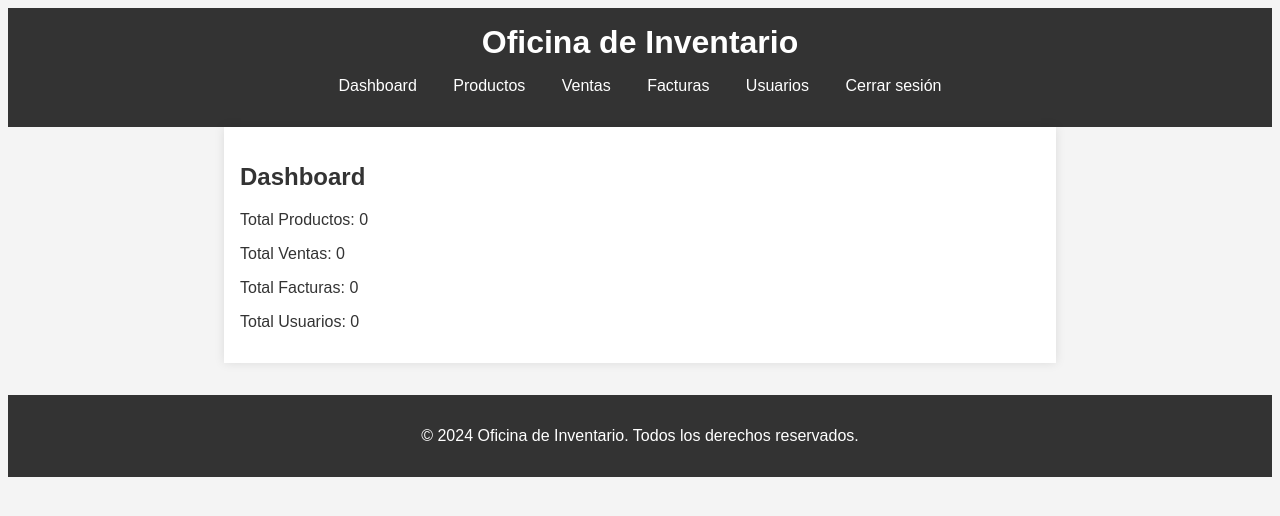
Repository: Connie75/Inventario
Page: http://localhost/views/dashboard.php
These files come from the project's save history. The page is drawn as it stood at one moment and after the next save; the edit follows.
The browser window is 1280 px wide. The pictures show the whole page.
The page is run by PHP 8.4 with error messages shown; the project is at /var/www/html/. The session is filled in as if someone had signed in: {"id": 1, "rol": "admin"}. Queries for data that is not in the repository find no rows.

Above is the page before, as saved 2024-07-26 02:33:46.

After the next save:
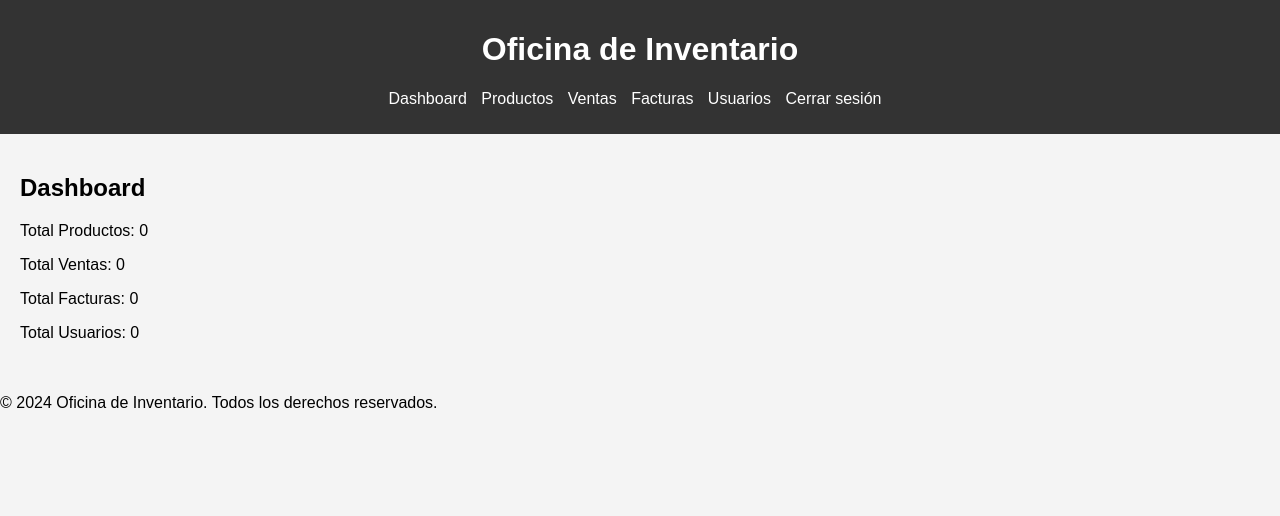
Saved 58 s later.
--- a/CSS/Styles.css
+++ b/CSS/Styles.css
@@ -1,30 +1,26 @@
-/* css/styles.css */
+/* css/style.css */
 body {
     font-family: Arial, sans-serif;
     background-color: #f4f4f4;
-    color: #333;
+    margin: 0;
+    padding: 0;
 }
 
 header {
     background-color: #333;
     color: #fff;
-    padding: 1em 0;
+    padding: 10px 0;
     text-align: center;
-}
-
-header h1 {
-    margin: 0;
 }
 
 nav ul {
     list-style: none;
     padding: 0;
-    text-align: center;
 }
 
 nav ul li {
     display: inline;
-    margin: 0 1em;
+    margin-right: 10px;
 }
 
 nav ul li a {
@@ -33,57 +29,25 @@ nav ul li a {
 }
 
 main {
-    padding: 1em;
-    max-width: 800px;
-    margin: 0 auto;
-    background-color: #fff;
-    box-shadow: 0 0 10px rgba(0,0,0,0.1);
-}
-
-footer {
-    background-color: #333;
-    color: #fff;
-    text-align: center;
-    padding: 1em 0;
-    margin-top: 2em;
+    padding: 20px;
 }
 
 table {
     width: 100%;
     border-collapse: collapse;
-    margin-top: 1em;
+    margin-top: 20px;
 }
 
 table, th, td {
-    border: 1px solid #ccc;
-    padding: 0.5em;
+    border: 1px solid #ddd;
+}
+
+th, td {
+    padding: 10px;
     text-align: left;
 }
 
-button {
+th {
     background-color: #333;
     color: #fff;
-    border: none;
-    padding: 0.5em 1em;
-    cursor: pointer;
 }
-
-button:hover {
-    background-color: #555;
-}
-
-.message {
-    padding: 1em;
-    margin-bottom: 1em;
-    border-radius: 5px;
-}
-
-.message.success {
-    background-color: #dff0d8;
-    color: #3c763d;
-}
-
-.message.error {
-    background-color: #f2dede;
-    color: #a94442;
-}
